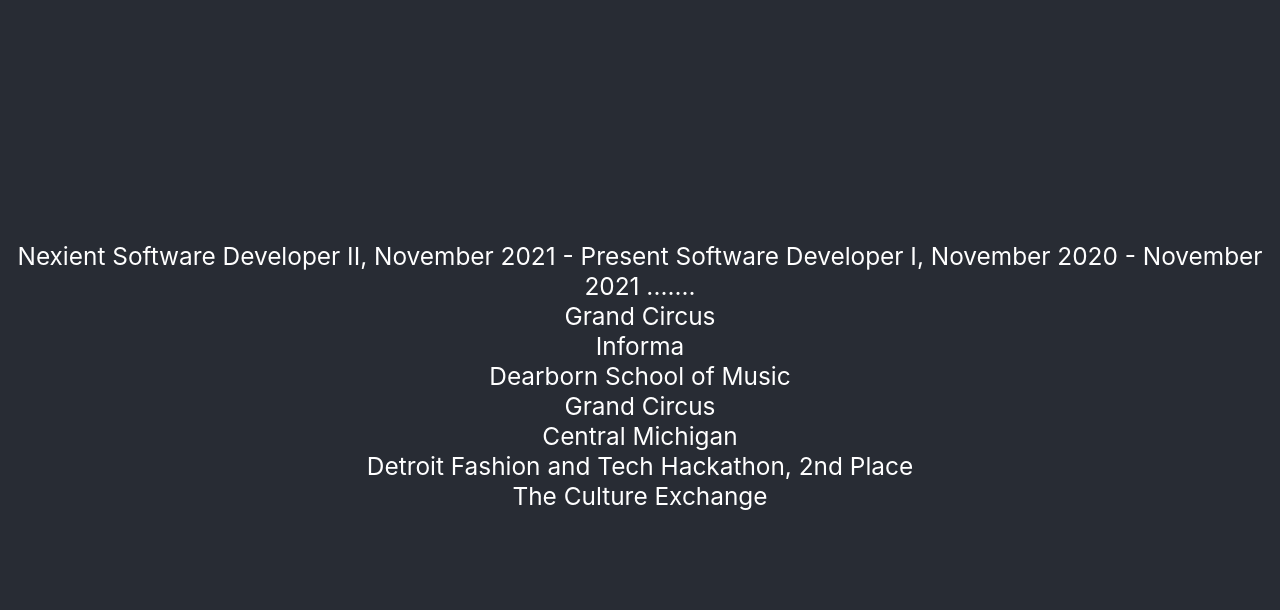
Repository: chelsswylie/portfolio
Page: /
An editor plug-in stored every save of this project. The page is shown before and after the next save, followed by the edit.
The browser window is 1280 px wide. The pictures show the whole page.
The project was rebuilt for these pictures with package versions that can differ from the ones it lists, and the page was loaded fresh each time.

Above is the page before, as saved 2022-06-05 19:11:44.

### src/App.js
import logo from './logo.svg';
import './App.css';
import GridContainer from './components/molecule/Grid'
import React from 'react';

function App() {
  return (
    <div className="App">
      <header className="App-header">
        <GridContainer />
        {/* <img src={logo} className="App-logo" alt="logo" />
        <p>
          Edit <code>src/App.js</code> and save to reload.
        </p>
        <a
          className="App-link"
          href="https://reactjs.org"
          target="_blank"
          rel="noopener noreferrer"
        >
          Learn React
        </a> */}
      </header>
    </div>
  );
}

export default App;

### src/components/molecule/Grid.js
import React from "react";
import ContentContainer from '../atom/Content'
import ExperienceContainer from './Experience'
import EducationContainer from './Education'
import PortfolioContainer from './Portfolio'

// grid is going to need to be able to accept props
export default function GridContainer() {
    return (
    <div className="grid-container">
  <div className="grid-item">
      <ContentContainer />
  </div>
  <div className="grid-item">
    <ExperienceContainer/>
  </div>
  <div className="grid-item">
    <EducationContainer />
  </div>
  <div className="grid-item">
    <PortfolioContainer />
  </div>
</div>
    )
}

### src/components/atom/Content.js
import React, {useState} from "react";

// this needs to accept props, which need to be passed in to the format below
export default function ContentContainer(header) {

    console.log(header, "props from the CONTENT container")

    const [heading, setHeading] = useState("")
    const [contentInfo, setContentInfo] = useState("")

    return (
    <div className="content-container">
        <h1>{heading}</h1>
        <span>{contentInfo} </span>
    </div>
    )
}

### src/components/molecule/Experience.js
import React from "react";

export default function ExperienceContainer() {
    return (
    <div className="experience-container">
  <div className="grid-item">
    <div>Nexient
Software Developer II, November 2021 - Present
Software Developer I, November 2020 - November 2021
.......
</div>
  </div>
  <div className="grid-item">
    <div>Grand Circus</div>
  </div>
  <div className="grid-item">
    <div>Informa</div>
  </div>
  <div className="grid-item">
    <div>Dearborn School of Music</div>
  </div>
</div>
    )
}

### src/components/molecule/Education.js
import React from "react";

export default function GridContainer() {
    return (
    <div className="education-container">
  <div className="grid-item">
    <div>Grand Circus</div>
  </div>
  <div className="grid-item">
    <div>Central Michigan</div>
  </div>
</div>
    )
}

### src/components/molecule/Portfolio.js
import React from "react";

export default function PortfolioContainer() {
    return (
    <div className="portfolio-container">

  <div className="grid-item">
    <div>Detroit Fashion and Tech Hackathon, 2nd Place
</div>
  </div>
  <div className="grid-item">
    <div>The Culture Exchange
</div>
  </div>
</div>
    )
}

Loaded but not shown: public/index.html (common file); src/index.js (common file); src/index.css (common file); src/reportWebVitals.js (common file); src/App.css (common file)

After the next save:
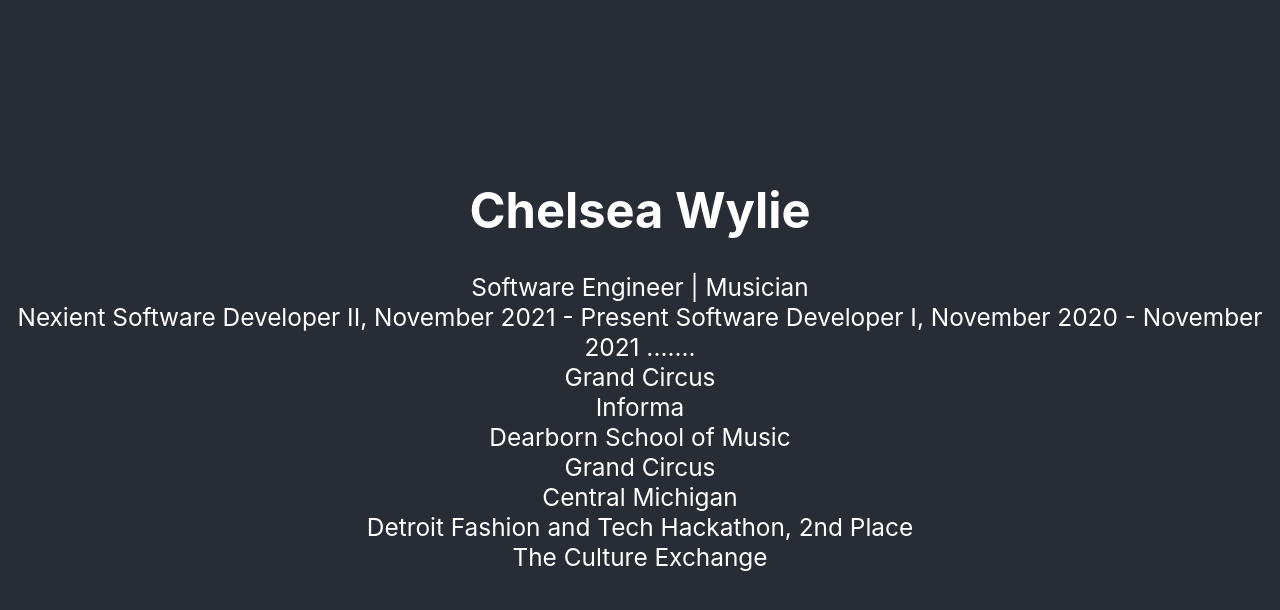
Saved 36 s later.
--- a/src/components/atom/Content.js
+++ b/src/components/atom/Content.js
@@ -1,17 +1,13 @@
 import React, {useState} from "react";
 
 // this needs to accept props, which need to be passed in to the format below
-export default function ContentContainer(header) {
-
-    console.log(header, "props from the CONTENT container")
+export default function ContentContainer() {
 
     const [heading, setHeading] = useState("")
-    const [contentInfo, setContentInfo] = useState("")
-
     return (
     <div className="content-container">
-        <h1>{heading}</h1>
-        <span>{contentInfo} </span>
-    </div>
+        <h1>Chelsea Wylie</h1>
+        <span>Software Engineer | Musician </span>
+</div>
     )
 }
